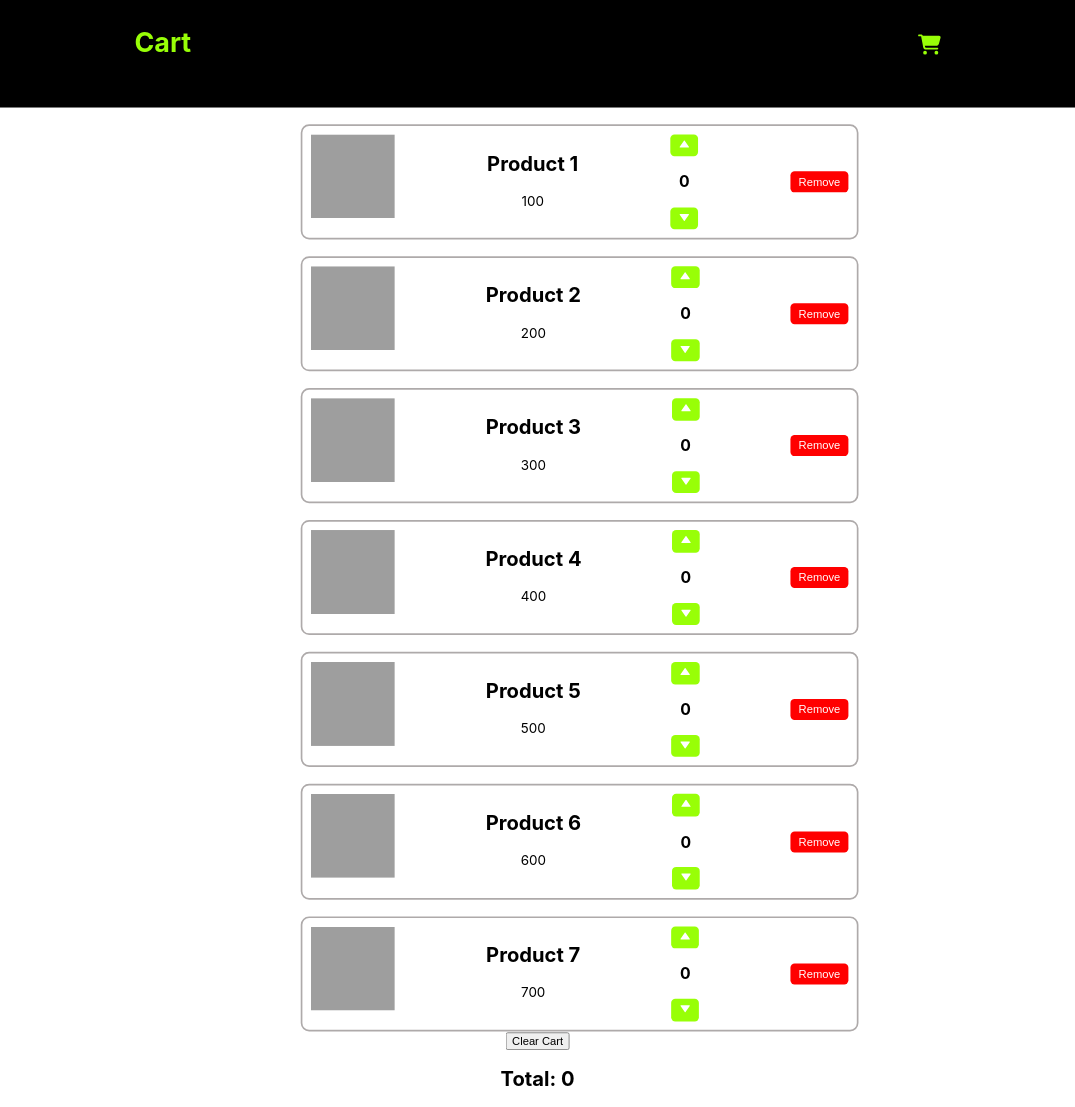
Repository: sriram1224/Cart-react-app
Page: /
These files come from the project's save history. The page is drawn as it stood at one moment and after the next save; the edit follows.
The browser window is 1280 px wide. The pictures show the whole page, at 84% of full size.
Pictures or frames that could not be fetched are drawn as grey boxes. The project was rebuilt for these pictures with package versions that can differ from the ones it lists, and the page was loaded fresh each time.

Above is the page before, as saved 2024-03-12 22:13:07.

### src/App.js
import Nav from "./Components/Nav.js"
import './App.css';
import Cart from './Components/cart.js';
function App() {
  return (
    <div className="App">

      <Cart />
    </div>
  );
}

export default App;

### src/Components/Nav.js
import { FontAwesomeIcon } from '@fortawesome/react-fontawesome';
import { faShoppingCart } from '@fortawesome/free-solid-svg-icons';
import './Navbar.css';

function Navbar({ cartItems }) {
      console.log(cartItems);
    return (

      <div className="nav-container">
      <div className="cart">
          <div className="heading">
              <h1>
              Cart
              </h1>
          </div>
      <h1>
        <div className="cart-icon-container">
          <FontAwesomeIcon icon={faShoppingCart} className="cart-icon" />
          {cartItems > 0 && (
            <span className="cart-count">{cartItems}</span>
          )}
        </div>

      </h1>
    </div>
      </div>
  );
}

export default Navbar;

### src/Components/cart.js
import React, { useState, useEffect } from "react";
import { BiSolidUpArrow, BiSolidDownArrow } from "react-icons/bi";
import Nav from './Nav'
import './cart.css'

function Cart() {
    const [products, setProducts] = useState([
        { id: "1", name: "Product 1", price: 100, quantity: 0, image: "https://images.unsplash.com/photo-1564466809058-bf4114d55352?w=500&auto=format&fit=crop&q=60&ixlib=rb-4.0.3&ixid=M3wxMjA3fDB8MHxzZWFyY2h8MjN8fHByb2R1Y3R8ZW58MHx8MHx8fDA%3D" },
        { id: "2", name: "Product 2", price: 200, quantity: 0, image: "https://images.unsplash.com/photo-1560343090-f0409e92791a?w=500&auto=format&fit=crop&q=60&ixlib=rb-4.0.3&ixid=M3wxMjA3fDB8MHxzZWFyY2h8N3x8cHJvZHVjdHxlbnwwfHwwfHx8MA%3D%3D" },
        { id: "3", name: "Product 3", price: 300, quantity: 0, image: "https://images.unsplash.com/photo-1560343090-f0409e92791a?w=500&auto=format&fit=crop&q=60&ixlib=rb-4.0.3&ixid=M3wxMjA3fDB8MHxzZWFyY2h8N3x8cHJvZHVjdHxlbnwwfHwwfHx8MA%3D%3D" },
        { id: "4", name: "Product 4", price: 400, quantity: 0, image: "https://images.unsplash.com/photo-1542291026-7eec264c27ff?w=500&auto=format&fit=crop&q=60&ixlib=rb-4.0.3&ixid=M3wxMjA3fDB8MHxzZWFyY2h8MTF8fHByb2R1Y3R8ZW58MHx8MHx8fDA%3D" },
        { id: "5", name: "Product 5", price: 500, quantity: 0, image: "https://images.unsplash.com/photo-1553456558-aff63285bdd1?w=500&auto=format&fit=crop&q=60&ixlib=rb-4.0.3&ixid=M3wxMjA3fDB8MHxzZWFyY2h8MTJ8fHByb2R1Y3R8ZW58MHx8MHx8fDA%3D" },
        { id: "6", name: "Product 6", price: 600, quantity: 0, image: "https://images.unsplash.com/photo-1553456558-aff63285bdd1?w=500&auto=format&fit=crop&q=60&ixlib=rb-4.0.3&ixid=M3wxMjA3fDB8MHxzZWFyY2h8MTJ8fHByb2R1Y3R8ZW58MHx8MHx8fDA%3D" },
        { id: "7", name: "Product 7", price: 700, quantity: 0, image: "https://images.unsplash.com/photo-1583394838336-acd977736f90?w=500&auto=format&fit=crop&q=60&ixlib=rb-4.0.3&ixid=M3wxMjA3fDB8MHxzZWFyY2h8MTl8fHByb2R1Y3R8ZW58MHx8MHx8fDA%3D" }
    ]);

    const [total, setTotal] = useState(0);
    const [cartItems, setCartItems] = useState(0);

    useEffect(() => {
        let newCartItems = 0;
        products.forEach(product => {
            newCartItems += product.quantity;
        });
        setCartItems(newCartItems);
    }, [products]);

    const increaseQuantity = (index) => {
        const updatedProducts = [...products];
        updatedProducts[index].quantity++;
        setProducts(updatedProducts);
        updateTotal();
    };

    const decreaseQuantity = (index) => {
        const updatedProducts = [...products];
        if (updatedProducts[index].quantity > 0) {
            updatedProducts[index].quantity--;
            setProducts(updatedProducts);
            updateTotal();
        }
    };

    const updateTotal = () => {
        let newTotal = 0;
        products.forEach((product) => {
            newTotal += product.quantity * product.price;
        });
        setTotal(newTotal);
    };

    const clearCart = () => {
        setProducts([]);
        setTotal(0);
        setCartItems(0);
    };

    const removeFromCart = (index) => {
        const updatedProducts = [...products];
        updatedProducts.splice(index, 1);
        setProducts(updatedProducts);
        updateTotal();
    };

    return (
        <div>
            <Nav cartItems={cartItems} />
            <div className="">
                {products.map((product, index) => {
                    return (
                        <div className="product-container" key={index}>
                            <img src={product.image} alt={product.name} />
                            <div className="text">
                            <h2>{product.name}</h2>
                            <p>{product.price}</p></div>
                            <div className="button-quantity">
                                <button onClick={() => increaseQuantity(index)}>
                                    <BiSolidUpArrow />
                                </button>
                                <h3>{product.quantity}</h3>
                                <button onClick={() => decreaseQuantity(index)}>
                                    <BiSolidDownArrow />
                                </button>
                            </div>
                            <div className="rm-button">
                            <button onClick={() => removeFromCart(index)}>Remove</button>
                        </div></div>
                    );
                })}
                <button onClick={clearCart}>Clear Cart</button>
                <h2>Total: {total}</h2>
            </div>
        </div>
    );
}

export default Cart;

### src/Components/Navbar.css
.cart-icon-container {
    position: relative;
    display: inline-block;
}

.cart-icon {
    font-size: 1.5rem;
    color: rgb(152, 255, 7);

}

.cart-count {
    position: absolute;
    top: -10px;

    right: -10px;
    /* Adjust the horizontal positioning */
    background-color: red;
    color: white;
    border-radius: 50%;
    padding: 2px 6px;
    font-size: 0.8rem;
    /* Adjust the font size as needed */
}

.cart{
    display: flex;
    justify-content: space-between;
    margin: 0 10rem;
    align-items: center;
    padding-top: 10px;

}

.heading{
text-align: center;
color: rgb(152, 255, 7);
}

.nav-container{
    width: 100%;
    height: 8rem;
    background-color:rgb(0, 0, 0)
}

### src/Components/cart.css
.product-container{
    display: flex;
    gap: 20px;
    justify-content: space-between;
    width: 50%;
    position: relative;
    left: 28%;
    text-align: center;
    margin-top: 20px;
    border: 2px solid rgb(174, 170, 170);
    padding: 10px;
    border-radius: 10px;
}

.product-container img{
    width: 100px;
    height: 100px;
}
.rm-button{
    display: flex;
    align-items: center;
}
.rm-button button{

    background-color: red;
    color: white;
    border: none;
    padding: 5px 10px;
    border-radius: 5px;
    cursor: pointer;
}

.button-quantity button{
    background-color: rgb(152, 255, 7);
    color: white;
    border: none;
    padding: 5px 10px;
    border-radius: 5px;
    cursor: pointer;
}

.text{


    text-align: center;
    gap: 10px;
}
.text p{
    text-align: center;
}

Loaded but not shown: public/index.html (common file); src/index.js (common file); src/index.css (common file); src/reportWebVitals.js (common file); src/App.css (common file)

After the next save:
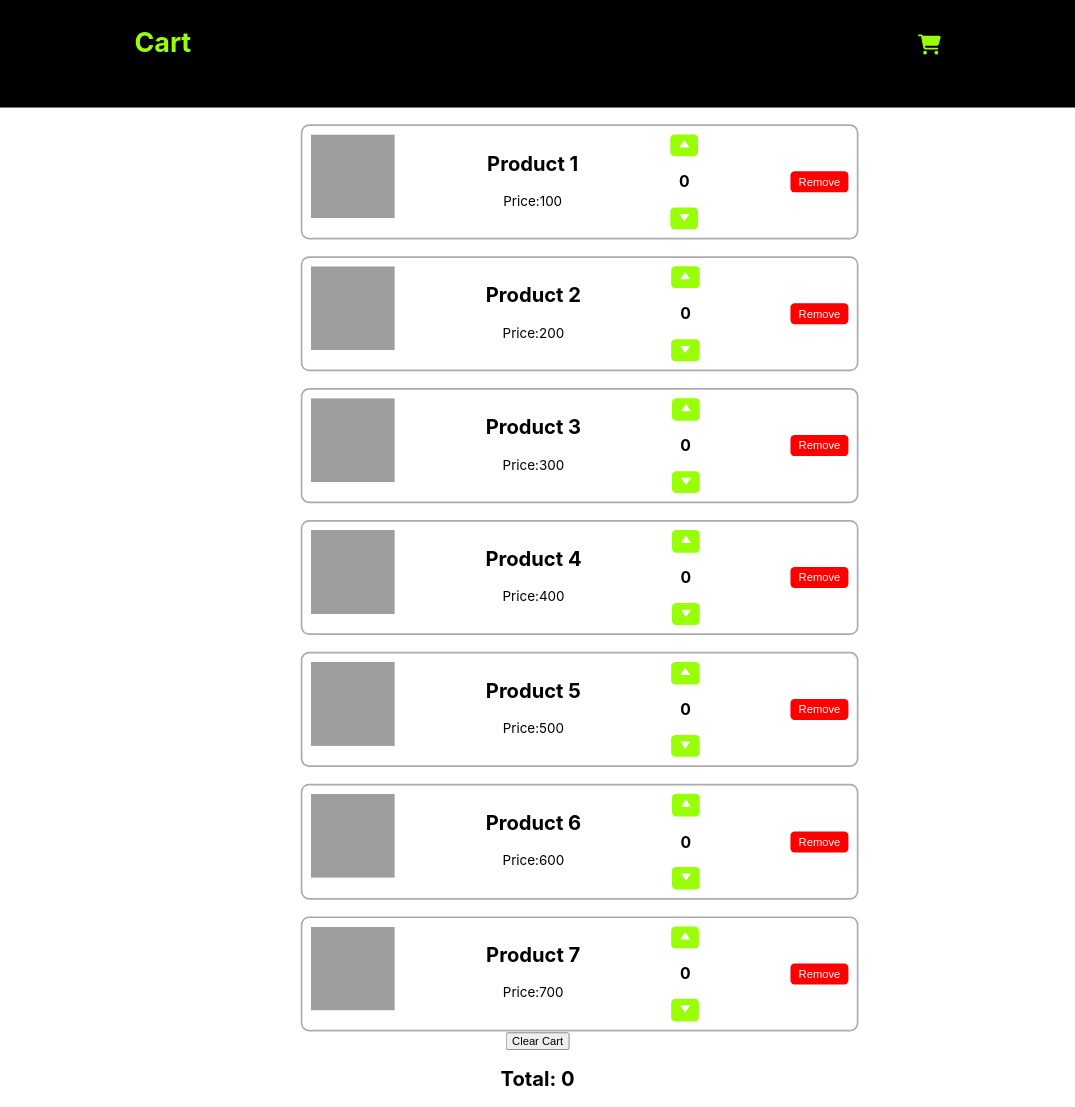
Saved 11 s later.
--- a/src/Components/cart.js
+++ b/src/Components/cart.js
@@ -72,7 +72,7 @@ function Cart() {
                             <img src={product.image} alt={product.name} />
                             <div className="text">
                             <h2>{product.name}</h2>
-                            <p>{product.price}</p></div>
+                            <p>Price:{product.price}</p></div>
                             <div className="button-quantity">
                                 <button onClick={() => increaseQuantity(index)}>
                                     <BiSolidUpArrow />
